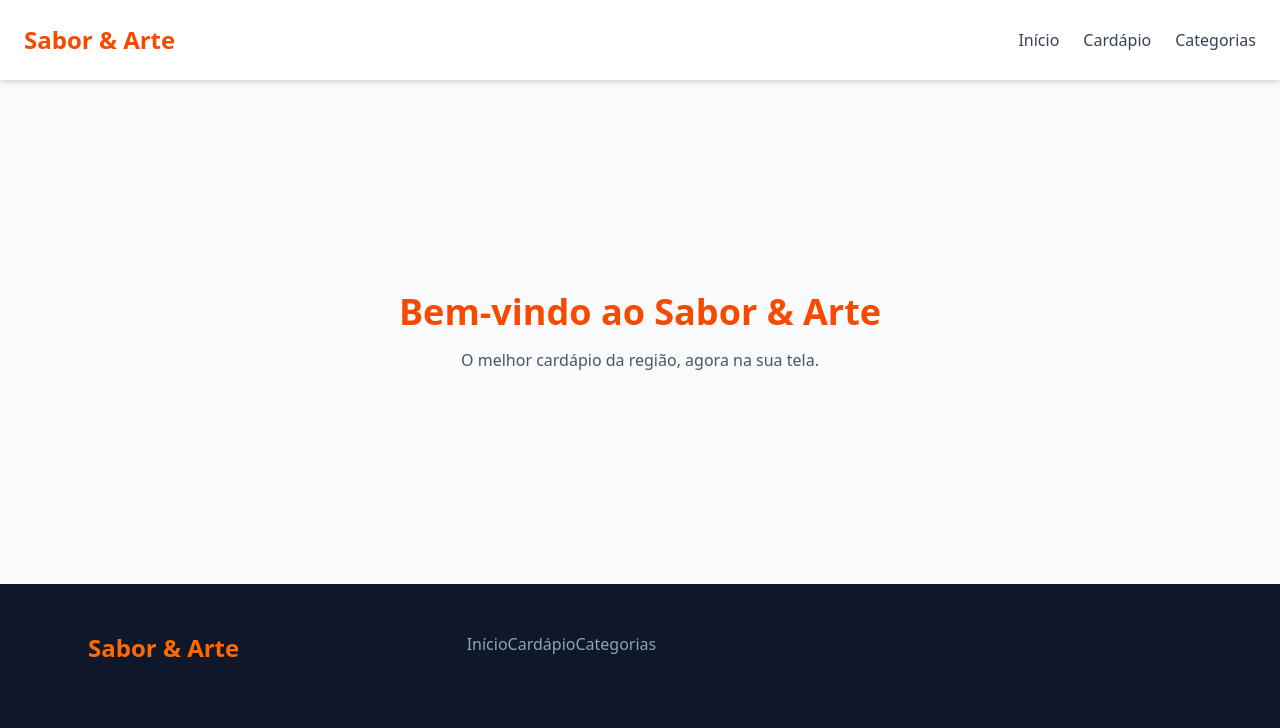
Repository: LuigiBLombardo/Next---Atividade
Page: / (app in sistema-cardapio/)
These files come from the project's save history. The page is drawn as it stood at one moment and after a run of saves; the edit follows.
The browser window is 1280 px wide. The pictures show the whole page.
The project was rebuilt for these pictures with package versions that can differ from the ones it lists, and the page was loaded fresh each time. The framework's server and built-in components were replaced by stand-ins that run in the browser. Also part of the build but not shown: sistema-cardapio/next.config.mjs.

Above is the page before, as saved 2026-09-04 19:26:39.

After the next 2 saves:
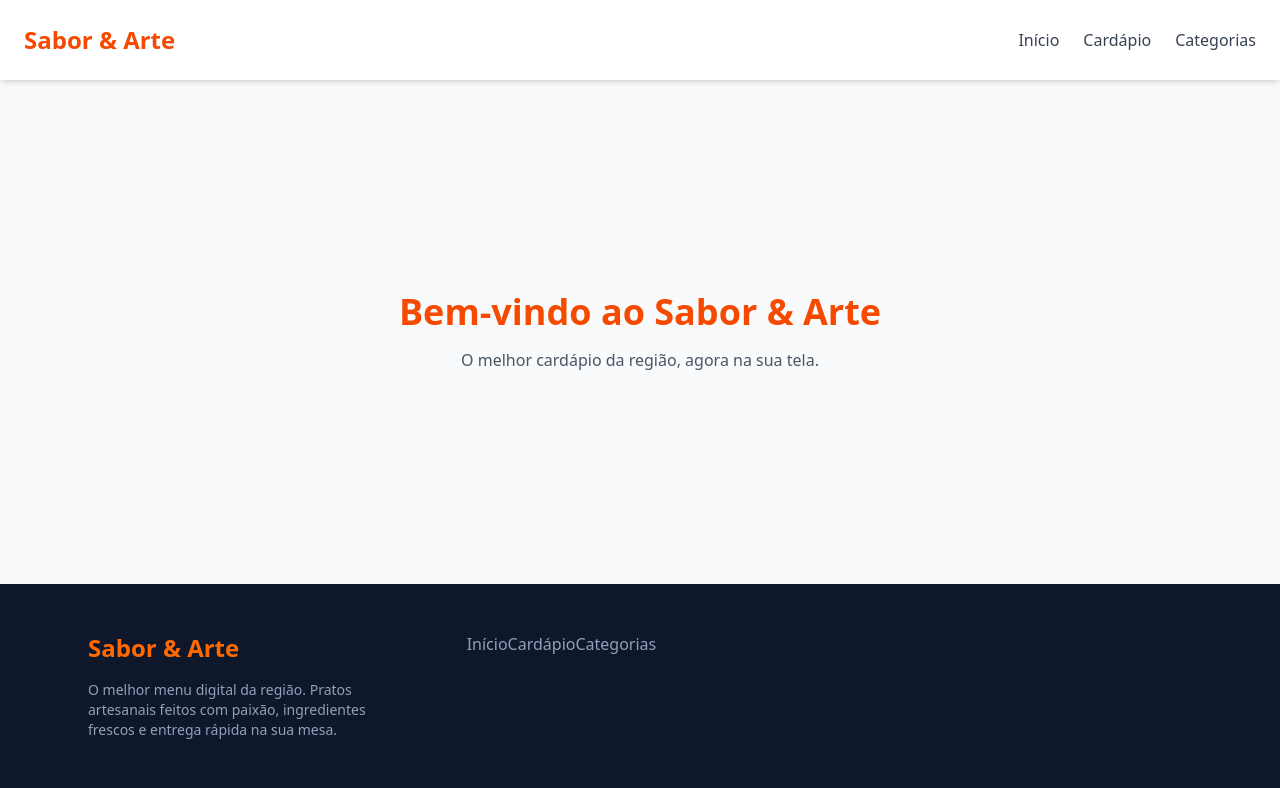
The 2 saves are shown as one change because they came seconds apart.
The last was saved 7 s later.
--- a/sistema-cardapio/src/components/Footer.js
+++ b/sistema-cardapio/src/components/Footer.js
@@ -11,7 +11,8 @@ export default function Footer(){
                         Sabor & Arte
                     </h2>
                     <p className="text-sm max-w-xs text-slate-400">
-
+                        O melhor menu digital da região. Pratos artesanais feitos com
+                        paixão, ingredientes frescos e entrega rápida na sua mesa.
                     </p>
                 </div>
 
